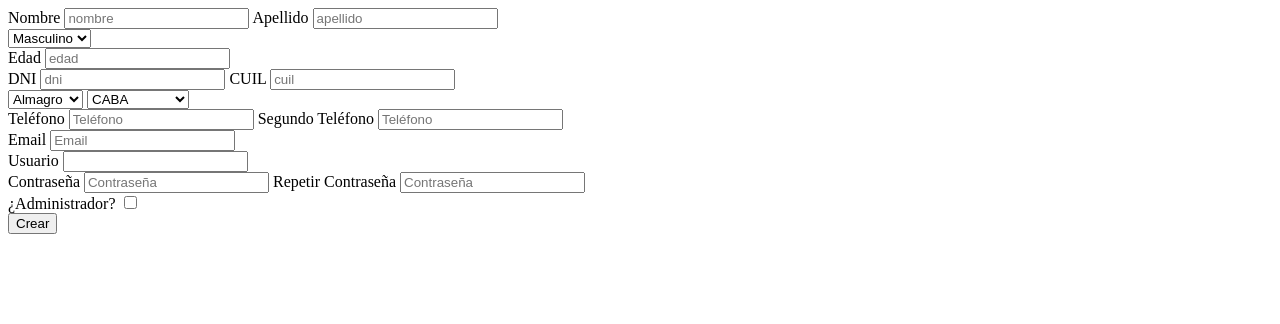
Repository: oskiman18/TP-Final
Page: http://localhost/Tp_integrador_grupo_2/perfil.jsp
These files come from the project's save history. The page is drawn as it stood at one moment and after the next save; the edit follows.
The browser window is 1280 px wide. The pictures show the whole page.
The page is served by Tomcat 9.

Above is the page before, as saved 2021-06-24 21:31:52.

### Tp_integrador_grupo_2/src/main/webapp/perfil.jsp
<%@ page language="java" contentType="text/html; charset=ISO-8859-1"
    pageEncoding="ISO-8859-1"%>
<!DOCTYPE html>
<html>
<head>
<meta charset="ISO-8859-1">
<title> Home </title>
</head>

	<body>
		<form>
			<div>
				<label for='nombre'>Nombre</label>
				<input name='nombre' type='text' placeholder='nombre'>

				<label for='apellido'>Apellido</label>
				<input name='apellido' type='text' placeholder='apellido'>
			</div>

			<div>
				<select>
					<option value='1'> Masculino </option>
					<option value='2'> Femenino </option>
					<option value='3'> Otro </option>
				</select>
			</div>

			<div>
				<label for='edad'>Edad</label>
				<input name='edad' type='number' placeholder='edad'>
			</div>

			<div>
				<label for='dni'>DNI</label>
				<input name='dni' type='number' placeholder='dni'>

				<label for='cuil'>CUIL</label>
				<input name='cuil' type='number' placeholder='cuil'>
			</div>

			<div>
				<select>
					<option value='1'>Almagro</option>
					<option value='2'> Atacama </option>
					<option value='3'> Boedo </option>
				</select>
				<select>
					<option value='1'> CABA </option>
					<option value='2'> Buenos Aires </option>
				</select>
			</div>

			<div>
				<label for='tel'>Teléfono</label>
				<input name='tel' type='number' placeholder='Teléfono'>

				<label for='tel2'>Segundo Teléfono</label>
				<input name='tel2' type='number' placeholder='Teléfono'>
			</div>

			<div>
				<label for='email'>Email</label>
				<input name='email' type='number' placeholder='Email'>
			</div>

		<div>
			<label for='usuario'>Usuario</label>
			<input name='usuario' 'placeholder='usuario'>
		</div>

		<div>
			<label for='pass'> Contraseña </label>
			<input name='pass' type='password' placeholder='Contraseña'>

			<label for='pass2'> Repetir Contraseña </label>
			<input name='pass2' type='password' placeholder='Contraseña'>
		</div>

		<div>
			<label for='Administrador'>¿Administrador?</label>
			<input type='checkbox' name='Administrador'>
		</div>

		<input type='submit' value='Crear'>

		</form>
	</body>

</html>

After the next save:
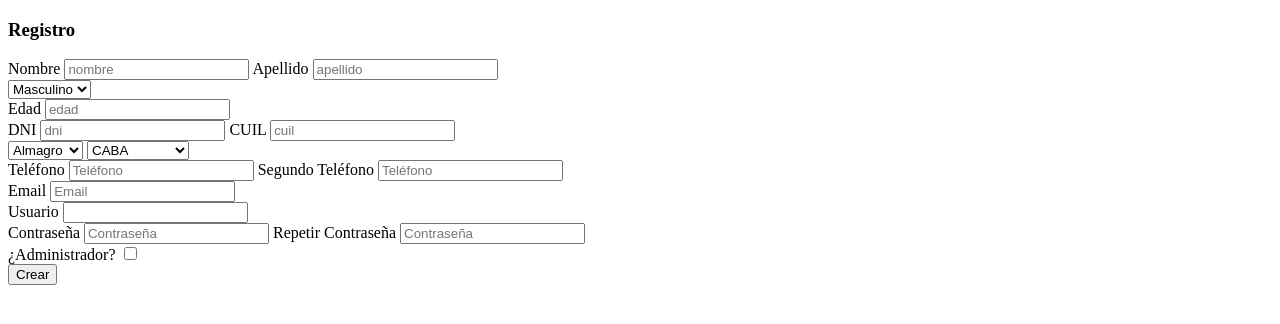
Saved 29 s later.
--- a/Tp_integrador_grupo_2/src/main/webapp/perfil.jsp
+++ b/Tp_integrador_grupo_2/src/main/webapp/perfil.jsp
@@ -4,10 +4,11 @@
 <html>
 <head>
 <meta charset="ISO-8859-1">
-<title> Home </title>
+<title> Registro </title>
 </head>
 
 	<body>
+	<h3> Registro </h3>
 		<form>
 			<div>
 				<label for='nombre'>Nombre</label>
